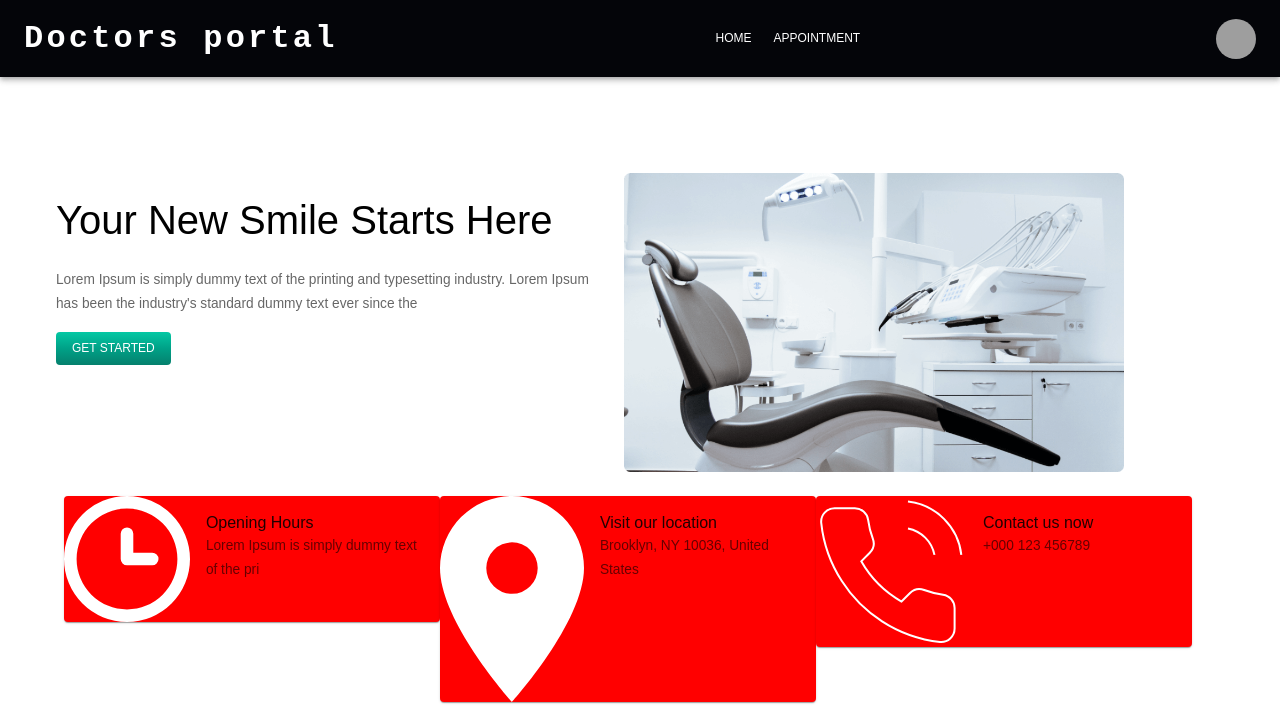
Repository: mdrubel02/health-care
Page: /
An editor plug-in stored every save of this project. The page is shown before and after the next save, followed by the edit.
The browser window is 1280 px wide. The pictures show the whole page.
Pictures or frames that could not be fetched are drawn as grey boxes. The project was rebuilt for these pictures with package versions that can differ from the ones it lists, and the page was loaded fresh each time. Also part of the build but not shown: src/Pages/Appointment/Appointment.js.

Above is the page before, as saved 2022-11-15 11:26:58.

### src/index.js
import React from 'react';
import ReactDOM from 'react-dom';
import './index.css';
import App from './App';
import reportWebVitals from './reportWebVitals';
import { ColorContextProvider } from './Theme/Theme';

ReactDOM.render(
  <React.StrictMode>
    <ColorContextProvider>
      <App />
    </ColorContextProvider>
  </React.StrictMode>,
  document.getElementById('root')
);

// If you want to start measuring performance in your app, pass a function
// to log results (for example: reportWebVitals(console.log))
// or send to an analytics endpoint. Learn more: https://bit.ly/CRA-vitals
reportWebVitals();

### src/App.js
import { RouterProvider } from 'react-router-dom';
import router from './Layout/router';

function App() {
  return (
    <div>
     <RouterProvider router={router}></RouterProvider>
    </div>
  );
}

export default App;

### src/Theme/Theme.js
import { createTheme, ThemeProvider } from "@mui/material";
import { createContext, useMemo, useState } from "react";

// color design tokens export
export const DrawerWidth = 250;
export const tokens = (mode) => ({
    ...(mode === "dark"
        ? {
            grey: {
                100: "#e0e0e0",
                200: "#c2c2c2",
                300: "#a3a3a3",
                400: "#858585",
                500: "#666666",
                600: "#525252",
                700: "#3d3d3d",
                800: "#292929",
                900: "#141414",
            },
            primary: {
                100: "#d0d1d5",
                200: "#a1a4ab",
                300: "#727681",
                400: "#1F2A40",
                500: "#141b2d",
                600: "#101624",
                700: "#0c101b",
                800: "#080b12",
                900: "#040509",
            },
            greenAccent: {
                100: "#dbf5ee",
                200: "#b7ebde",
                300: "#94e2cd",
                400: "#70d8bd",
                500: "#4cceac",
                600: "#3da58a",
                700: "#2e7c67",
                800: "#1e5245",
                900: "#0f2922",
            },
            redAccent: {
                100: "#f8dcdb",
                200: "#f1b9b7",
                300: "#e99592",
                400: "#e2726e",
                500: "#db4f4a",
                600: "#af3f3b",
                700: "#832f2c",
                800: "#58201e",
                900: "#2c100f",
            },
            blueAccent: {
                100: "#e1e2fe",
                200: "#c3c6fd",
                300: "#a4a9fc",
                400: "#868dfb",
                500: "#6870fa",
                600: "#535ac8",
                700: "#3e4396",
                800: "#2a2d64",
                900: "#151632",
            },
        }
        : {
            grey: {
                100: "#141414",
                200: "#292929",
                300: "#3d3d3d",
                400: "#525252",
                500: "#666666",
                600: "#858585",
                700: "#a3a3a3",
                800: "#c2c2c2",
                900: "#e0e0e0",
            },
            primary: {
                100: "#040509",
                200: "#080b12",
                300: "#0c101b",
                400: "#f2f0f0", // manually changed
                500: "#141b2d",
                600: "#1F2A40",
                700: "#727681",
                800: "#a1a4ab",
                900: "#d0d1d5",
            },
            greenAccent: {
                100: "#0f2922",
                200: "#1e5245",
                300: "#2e7c67",
                400: "#3da58a",
                500: "#4cceac",
                600: "#70d8bd",
                700: "#94e2cd",
                800: "#b7ebde",
                900: "#dbf5ee",
            },
            redAccent: {
                100: "#2c100f",
                200: "#58201e",
                300: "#832f2c",
                400: "#af3f3b",
                500: "#db4f4a",
                600: "#e2726e",
                700: "#e99592",
                800: "#f1b9b7",
                900: "#f8dcdb",
            },
            blueAccent: {
                100: "#151632",
                200: "#2a2d64",
                300: "#3e4396",
                400: "#535ac8",
                500: "#6870fa",
                600: "#868dfb",
                700: "#a4a9fc",
                800: "#c3c6fd",
                900: "#e1e2fe",
            },
        }),
});

// mui theme settings
export const themeSettings = (mode) => {
    const colors = tokens(mode);
    return {
        palette: {
            mode: mode,
            ...(mode === "dark"
                ? {
                    // palette values for dark mode
                    primary: {
                        main: colors.primary[500],
                    },
                    secondary: {
                        main: colors.greenAccent[500],
                    },
                    neutral: {
                        dark: colors.grey[700],
                        main: colors.grey[500],
                        light: colors.grey[100],
                    },
                    background: {
                        default: colors.primary[500],
                    },
                }
                : {
                    // palette values for light mode
                    primary: {
                        main: colors.primary[100],
                    },
                    secondary: {
                        main: colors.greenAccent[500],
                    },
                    neutral: {
                        dark: colors.grey[700],
                        main: colors.grey[500],
                        light: colors.grey[100],
                    },
                    background: {
                        default: "#fcfcfc",
                    },
                }),
        },
        components: {

            MuiButton: {
                defaultProps: {
                    disableRipple: true,
                    disableElevation: true,
                    styleOverrides: {
                        textDecoration: 'none',
                        "&:hover": {
                            color: "#fff"
                        }
                    },
                },
                MuiTooltip: {
                    defaultProps: {
                      arrow: true,
                    },
                    styleOverrides: {
                      tooltip: {
                        background: '',
                      },
                      arrow: {
                        color: '',
                      },
                    },
                  },
            },
            MuiDrawer: {
                styleOverrides: {
                  paper: {
                    width: DrawerWidth,
                    background: '',
                    color: '',
                    borderRadius: '0px 100px 0px 0px',
                    borderRight: `1px solid `
                  }
                }
              },
              MuiDivider: {
                styleOverrides: {
                  root: {
                    borderColor: 'gray'
                  }
                }
              },
        },
        typography: {
            fontFamily: ["Source Sans Pro", "sans-serif"].join(","),
            fontSize: 12,
            h1: {
                fontFamily: ["Source Sans Pro", "sans-serif"].join(","),
                fontSize: 40,
            },
            h2: {
                fontFamily: ["Source Sans Pro", "sans-serif"].join(","),
                fontSize: 32,
            },
            h3: {
                fontSize: '1.3rem',
                letterSpacing: '0rem',
                '@media (min-width:600px)': {
                  fontSize: '2rem',
                },
            },
            h4: {
                fontFamily: ["Source Sans Pro", "sans-serif"].join(","),
                fontSize: 20,
            },
            h5: {
                fontFamily: ["Source Sans Pro", "sans-serif"].join(","),
                fontSize: 16,
            },
            h6: {
                fontFamily: ["Source Sans Pro", "sans-serif"].join(","),
                fontSize: 14,
            },
        },
    };
};

export const ColorModeContext = createContext({
    toggleMode: () => { },
    mode: "light"
})


export const ColorContextProvider = ({ children }) => {
    const [mode, setMode] = useState("light")

    const colorMode = useMemo(() => ({
        toggleMode: () => setMode(prevMode => prevMode === "light" ? "dark" : "light"),
        mode
    }), [mode])
    const theme = useMemo(() => createTheme(themeSettings(mode)), [mode]);

    return (
        <ColorModeContext.Provider value={colorMode}>
            <ThemeProvider theme={theme}>
                {children}
            </ThemeProvider>
        </ColorModeContext.Provider>
    )
}

### src/Layout/router.js
import { createBrowserRouter } from "react-router-dom";
import Appointment from "../Pages/Appointment/Appointment";
import Home from "../Pages/Home/Home";
import Main from "./Main";


const router = createBrowserRouter([{
    path: '/',
    element: <Main/>,
    children: [
        {path: '/',element: <Home/>},
        {path: '/home',element: <Home/>},
        {path: '/appointment',element: <Appointment/>},
    ]
}])
export default router;

### src/Pages/Home/Home.js
import { Container } from '@mui/material';
import React from 'react';
import Banner from './Banner/Banner';
import Information from './Information/Information';

const Home = () => {
    return (
        <Container>
           <Banner />
           <Information/>
        </Container>
    );
};

export default Home;

### src/Layout/Main.js
import React from 'react';
import { Outlet } from 'react-router-dom';
import Header from '../Pages/Header/Header';

const Main = () => {
    return (
        <div>
           <Header/>
           <Outlet/>

        </div>
    );
};

export default Main;

### src/Pages/Home/Banner/Banner.js
import React from 'react';
import { Box, Button, CardContent, CardMedia, Grid, Typography } from '@mui/material';
import chair from '../../../assets/images/chair.png'

const Banner = () => {
    return (
        <Box sx={{  marginTop: '8rem', marginBottom: '3rem' }}>
            <Grid sx={{ flexGrow: 2}} container spacing={4}  >
                <Grid xs={12} md={12} lg={6}>
                    <Box sx={{ padding: '.5rem' }}>
                        <CardContent sx={{ flex: '1 0 auto' }}>
                            <Typography component="div" variant="h1" marginBottom='1.5rem'>
                                Your New Smile Starts Here
                            </Typography>
                            <Typography variant="subtitle1" color="text.secondary" component="p" sx={{marginBottom: '1rem'}}>
                                Lorem Ipsum is simply dummy text of the printing and typesetting industry. Lorem Ipsum has been the industry's standard dummy text ever since the
                            </Typography>
                            <Button
                            sx={{
                                background:
                                  'linear-gradient(to bottom, #04C8A4 , ' +
                                  '#00A187, #05806D 100%)',
                                  color:'white',
                              }}

                            variant='content'>GET STARTED</Button>
                        </CardContent>

                    </Box>
                </Grid>
                <Grid xs={6} md={12} lg={6}>
                    <CardMedia
                        component="img"
                        sx={{ width: 500 }}
                        image={chair}
                        alt="Live from space album cover"
                    />
                </Grid>
            </Grid>
        </Box>
    );
};

export default Banner;

### src/Pages/Home/Information/Information.js
import { Box, Card, CardContent, CardMedia, Container, Grid, Typography } from '@mui/material';
import React from 'react';
import clock from '../../../assets/icons/clock.svg';
import marker from '../../../assets/icons/marker.svg';
import phone from '../../../assets/icons/phone.svg';


const Information = () => {
    const items = [
        { id: '01', img: clock, title: 'Opening Hours', description: 'Lorem Ipsum is simply dummy text of the pri' },
        { id: '01', img: marker, title: 'Visit our location', description: 'Brooklyn, NY 10036, United States' },
        { id: '01', img: phone, title: 'Contact us now', description: '+000 123 456789' },
    ]
    return (
        <Container>
            <Box sx={{ flexGrow: 1 }}>
                <Grid container spacing={{lg:3, xs: 2, md: 3 }} columns={{ xs: 4, sm: 8, md: 12 }}>
                    {items.map((item) => (
                        <Grid spacing={{lg:4}} xs={2} sm={4} md={4} key={item.id}>
                            <Card sx={{ display: 'flex' ,backgroundColor: 'red'  }}>
                                <CardMedia
                                    component="img"
                                    sx={{ width: 151 }}
                                    image={item.img}
                                    alt="Live from space album cover"
                                />
                                <Box sx={{ display: 'flex', flexDirection: 'column' }}>
                                    <CardContent sx={{ flex: '1 0 auto' }}>
                                        <Typography component="div" variant="h5">
                                            {item.title}
                                        </Typography>
                                        <Typography variant="subtitle1" color="text.secondary" component="div">
                                            {item.description}
                                        </Typography>
                                    </CardContent>
                                </Box>
                            </Card>
                        </Grid>
                    ))}
                </Grid>
            </Box>
        </Container>
    );
};

export default Information;

### src/Pages/Header/Header.js
import { AppBar, Avatar, Box, Button, Container, IconButton, Menu, MenuItem, Toolbar, Tooltip, Typography, useTheme } from '@mui/material';
import AdbIcon from '@mui/icons-material/Adb';
import MenuIcon from '@mui/icons-material/Menu';
import { Link as RouterLink } from 'react-router-dom';
import React, { useState } from 'react';
import { tokens } from '../../Theme/Theme';
// import { Link } from 'react-router-dom';
import './Header.css'


const settings = ['Profile', 'Account', 'Dashboard', 'Logout'];

const Header = () => {
    const theme = useTheme();
    const colors = tokens(theme.palette.mode);
    const [anchorElNav, setAnchorElNav] = useState(null);
    const [anchorElUser, setAnchorElUser] = useState(null);

    const items = <React.Fragment>
        <Button sx={{ color: 'white' }} component={RouterLink} to="/home">Home</Button>
        <Button sx={{ color: 'white' }} component={RouterLink} to="/appointment">Appointment</Button>
    </React.Fragment>

    const handleOpenNavMenu = (event) => {
        setAnchorElNav(event.currentTarget);
    };
    const handleOpenUserMenu = (event) => {
        setAnchorElUser(event.currentTarget);
    };

    const handleCloseNavMenu = () => {
        setAnchorElNav(null);
    };

    const handleCloseUserMenu = () => {
        setAnchorElUser(null);
    };
    return (
        <AppBar position="static">
            <Container maxWidth="xl">
                <Toolbar disableGutters>

                    <Typography
                        variant="h3"
                        noWrap
                        component="a"
                        href="/"
                        sx={{
                            mr: 2,
                            display: { xs: 'none', md: 'flex' },
                            fontFamily: 'monospace',
                            fontWeight: 700,
                            letterSpacing: '.2rem',
                            color: 'inherit',
                            textDecoration: 'none',
                        }}
                    >
                        Doctors portal
                    </Typography>

                    <Box className='middle' sx={{ flexGrow: 1, display: { xs: 'flex' ,  md: 'none' },justifyContent: 'center' }}>
                        <IconButton
                            size="large"
                            aria-label="account of current user"
                            aria-controls="menu-appbar"
                            aria-haspopup="true"
                            onClick={handleOpenNavMenu}
                            color="inherit"
                        >
                            <MenuIcon />
                        </IconButton>
                        <Menu
                            id="menu-appbar"
                            anchorEl={anchorElNav}
                            anchorOrigin={{
                                vertical: 'bottom',
                                horizontal: 'left',
                            }}
                            keepMounted
                            transformOrigin={{
                                vertical: 'top',
                                horizontal: 'left',
                            }}
                            open={Boolean(anchorElNav)}
                            onClose={handleCloseNavMenu}
                            sx={{
                                display: { xs: 'block', md: 'none' },
                            }}
                        >

                            <MenuItem onClick={handleCloseNavMenu}>
                                <Typography variant="h5" sx={{ color: 'withe' }} textAlign="center">{items}</Typography>
                            </MenuItem>

                        </Menu>
                    </Box>

                    <Typography
                        variant="h3"
                        noWrap
                        component="a"
                        href=""
                        sx={{
                            mr: 2,
                            display: { xs: 'flex', md: 'none' },
                            flexGrow: 1,
                            fontFamily: 'monospace',
                            fontWeight: 700,
                            letterSpacing: '.3rem',
                            color: 'inherit',
                            textDecoration: 'none',
                        }}
                    >
                        Doctors portal
                    </Typography>
                    <Box sx={{ flexGrow: 1, display: { xs: 'none', md: 'flex' } }}>

                        <Button

                            onClick={handleCloseNavMenu}
                            sx={{ color: `${colors.grey[400]} !important`, my: 2, display: 'block' }}
                        >
                            {items}
                        </Button>

                    </Box>

                    <Box sx={{ flexGrow: 0 }}>
                        <Tooltip title="Open settings">
                            <IconButton onClick={handleOpenUserMenu} sx={{ p: 0 }}>
                                <Avatar alt="Remy Sharp" src="/static/images/avatar/2.jpg" />
                            </IconButton>
                        </Tooltip>
                        <Menu
                            sx={{ mt: '45px' }}
                            id="menu-appbar"
                            anchorEl={anchorElUser}
                            anchorOrigin={{
                                vertical: 'top',
                                horizontal: 'right',
                            }}
                            keepMounted
                            transformOrigin={{
                                vertical: 'top',
                                horizontal: 'right',
                            }}
                            open={Boolean(anchorElUser)}
                            onClose={handleCloseUserMenu}
                        >
                            {settings.map((setting) => (
                                <MenuItem key={setting} onClick={handleCloseUserMenu}>
                                    <Typography textAlign="center">{setting}</Typography>
                                </MenuItem>
                            ))}
                        </Menu>
                    </Box>
                </Toolbar>
            </Container>
        </AppBar>
    );
};

export default Header;

### src/Pages/Header/Header.css
.lip{
    color: white;
}
.css-1t6c9ts{
    justify-content: center;
}

Loaded but not shown: public/index.html (common file); src/index.css (common file); src/reportWebVitals.js (common file)

After the next save:
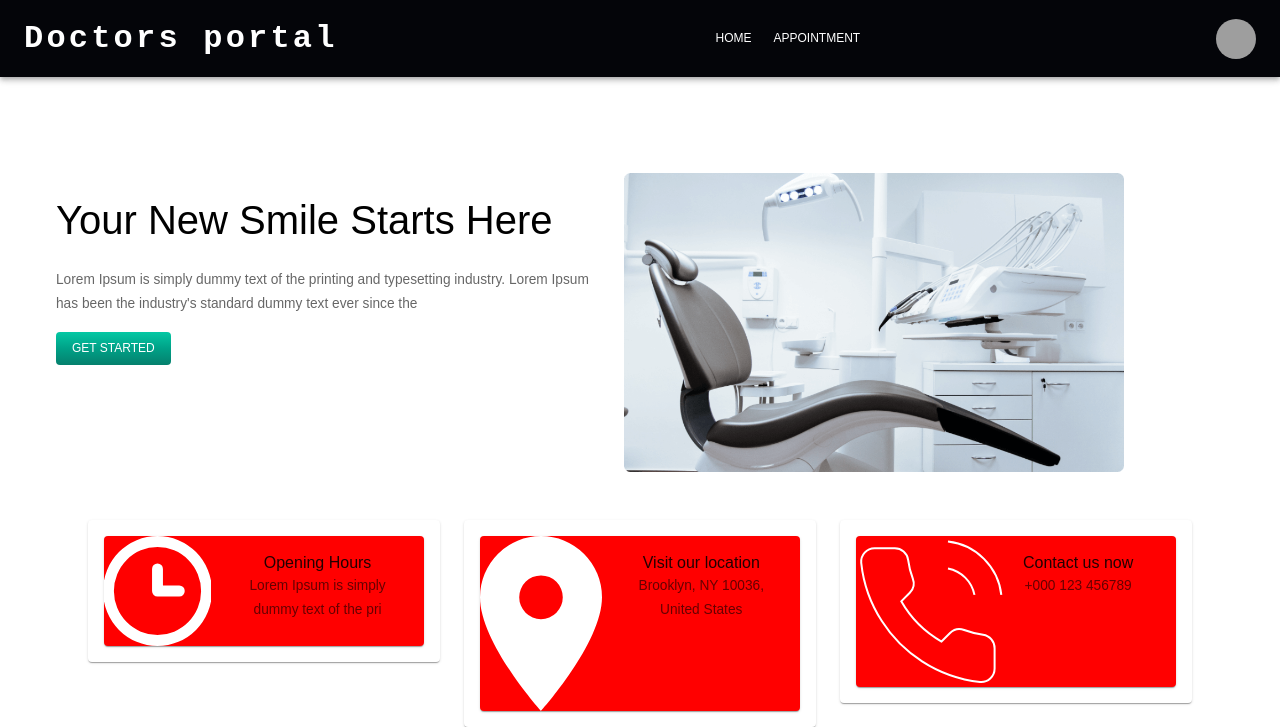
Saved 5 min 28 s later.
--- a/src/Pages/Home/Information/Information.js
+++ b/src/Pages/Home/Information/Information.js
@@ -1,4 +1,4 @@
-import { Box, Card, CardContent, CardMedia, Container, Grid, Typography } from '@mui/material';
+import { Box, Card, CardContent, CardMedia, Container, Grid, Paper, styled, Typography } from '@mui/material';
 import React from 'react';
 import clock from '../../../assets/icons/clock.svg';
 import marker from '../../../assets/icons/marker.svg';
@@ -11,13 +11,21 @@ const Information = () => {
         { id: '01', img: marker, title: 'Visit our location', description: 'Brooklyn, NY 10036, United States' },
         { id: '01', img: phone, title: 'Contact us now', description: '+000 123 456789' },
     ]
+    const Item = styled(Paper)(({ theme }) => ({
+
+        backgroundColor: theme.palette.mode === 'dark' ? '#1A2027' : '#fff',
+        ...theme.typography.body2,
+        padding: theme.spacing(2),
+        textAlign: 'center',
+        color: theme.palette.text.secondary,
+    }));
     return (
         <Container>
             <Box sx={{ flexGrow: 1 }}>
                 <Grid container spacing={{lg:3, xs: 2, md: 3 }} columns={{ xs: 4, sm: 8, md: 12 }}>
-                    {items.map((item) => (
-                        <Grid spacing={{lg:4}} xs={2} sm={4} md={4} key={item.id}>
-                            <Card sx={{ display: 'flex' ,backgroundColor: 'red'  }}>
+                    {items.map((item,index) => (
+                        <Grid spacing={{lg:4}} item xs={2} sm={4} md={4} key={index}>
+                           <Item> <Card sx={{ display: 'flex' ,backgroundColor: 'red'  }}>
                                 <CardMedia
                                     component="img"
                                     sx={{ width: 151 }}
@@ -35,6 +43,7 @@ const Information = () => {
                                     </CardContent>
                                 </Box>
                             </Card>
+                            </Item>
                         </Grid>
                     ))}
                 </Grid>
